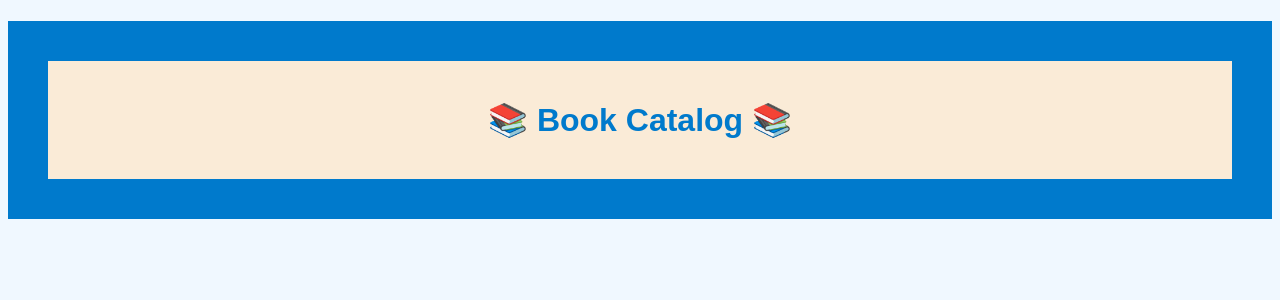
Repository: kaitlynlew/Book-Catalog
Page: /
The author's editor kept a copy of each file at every save. The page is drawn from the files as they stood at one save, then again after the next save.
The browser window is 1280 px wide. The pictures show the whole page.
The project was rebuilt for these pictures with package versions that can differ from the ones it lists, and the page was loaded fresh each time. Also part of the build but not shown: vite.config.js.

Above is the page before, as saved 2025-09-14 00:09:26.

### index.html
<!doctype html>
<html lang="en">

<head>
  <meta charset="UTF-8" />
  <meta name="viewport" content="width=device-width, initial-scale=1.0" />
  <title>📚 Book Catalog</title>
</head>

<body>
  <div id="root"></div>
  <script type="module" src="/src/main.jsx"></script>
</body>

</html>

### src/App.jsx

function App() {
  return <h1>📚 Book Catalog 📚</h1>;
}

export default App;

### src/App.css
/* index.css */
body {
  background-color: #f0f8ff;
  font-family: sans-serif;
}

h1 {
  color: #007acc;
  text-align: center;
  background-color: antiquewhite;
  padding: 40px;
  border: 40px solid #007acc;
}

Loaded but not shown: src/main.jsx (common file)

After the next save:
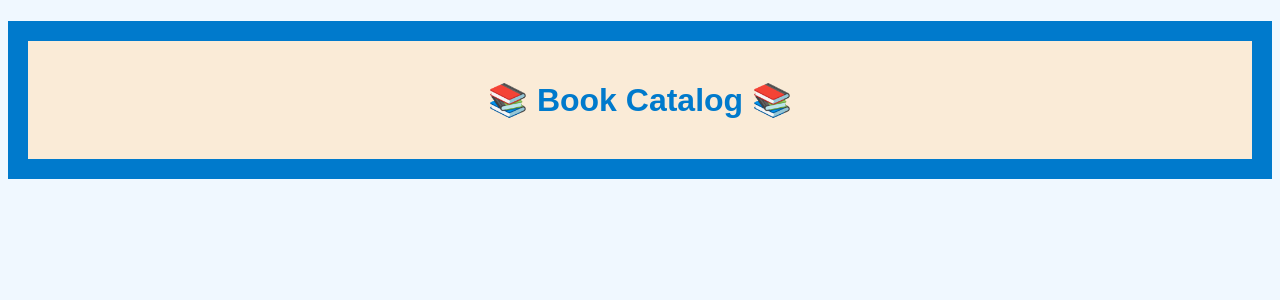
Saved 5 s later.
--- a/src/App.css
+++ b/src/App.css
@@ -9,5 +9,5 @@ h1 {
   text-align: center;
   background-color: antiquewhite;
   padding: 40px;
-  border: 40px solid #007acc;
+  border: 20px solid #007acc;
 }
